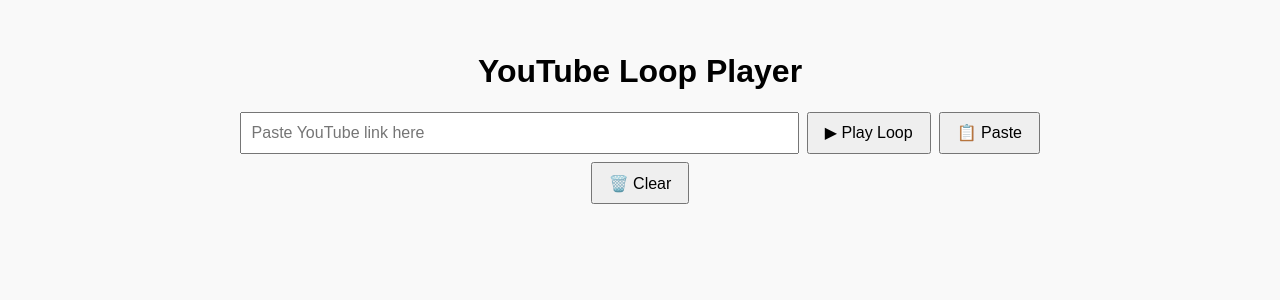
Repository: woojooin/youtubeloop
Page: index.html
An editor plug-in stored every save of this project. The page is shown before and after the next save, followed by the edit.
The browser window is 1280 px wide. The pictures show the whole page.

Above is the page before, as saved 2025-07-07 18:41:05.

After the next save:
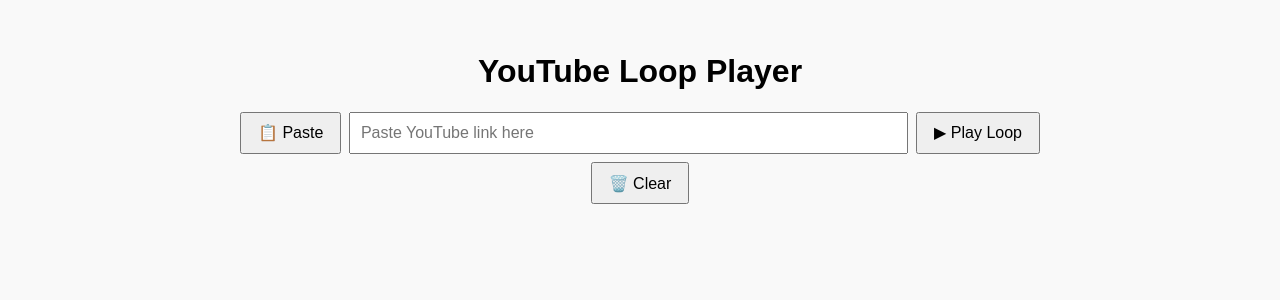
Saved 63 s later.
--- a/index.html
+++ b/index.html
@@ -53,9 +53,9 @@
     <h1>YouTube Loop Player</h1>
 
     <div class="input-row">
+      <button onclick="pasteFromClipboard()">📋 Paste</button>
       <input type="text" id="ytUrl" placeholder="Paste YouTube link here" onkeypress="handleEnter(event)" />
       <button onclick="handleLoop()">▶ Play Loop</button>
-      <button onclick="pasteFromClipboard()">📋 Paste</button>
       <button onclick="clearInput()">🗑️ Clear</button>
     </div>
 
